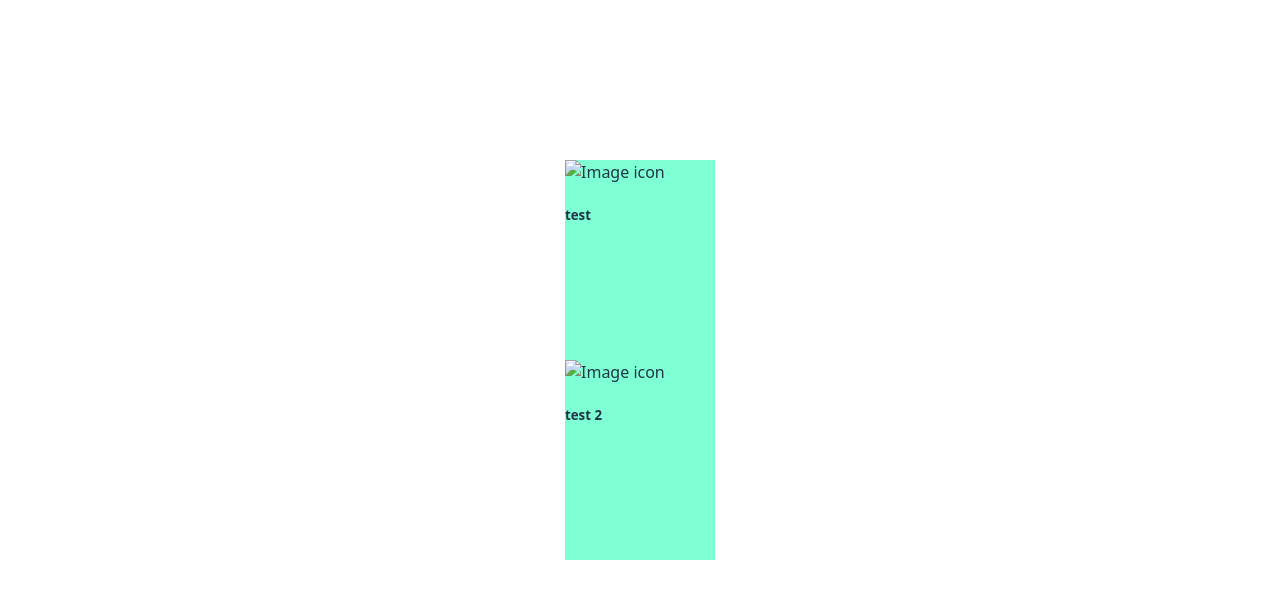
Repository: DaneJuswa/LearningReact
Page: / (app in reactProject/)
The author's editor kept a copy of each file at every save. The page is drawn from the files as they stood at one save, then again after the next save.
The browser window is 1280 px wide. The pictures show the whole page.
The project was rebuilt for these pictures with package versions that can differ from the ones it lists, and the page was loaded fresh each time. Also part of the build but not shown: reactProject/vite.config.js.

Above is the page before, as saved 2025-09-11 22:22:47.

### reactProject/src/main.jsx
import { StrictMode } from 'react'
import { createRoot } from 'react-dom/client'
import Cards from './Cards.jsx'
import './index.css'


createRoot(document.getElementById('root')).render(
  <StrictMode>
    <Cards name="test"/>
    <Cards name="test 2"/>
  </StrictMode>,
)

### reactProject/src/Cards.jsx

import './App.css'

function Cards(props){
    return(
        <div className="card-container">
            <img src="" alt="Image icon" />
            <h5>{props.name}</h5>
        </div>
    );
}

export default Cards;

### reactProject/src/App.css
body{
  display: flex;
   flex-direction: column;
  justify-content: center;
  align-items: center;
}
.card-container{
  width: 150px;
  height: 200px;
  background-color: aquamarine;
}

Loaded but not shown: reactProject/index.html (common file); reactProject/src/index.css (common file)

After the next save:
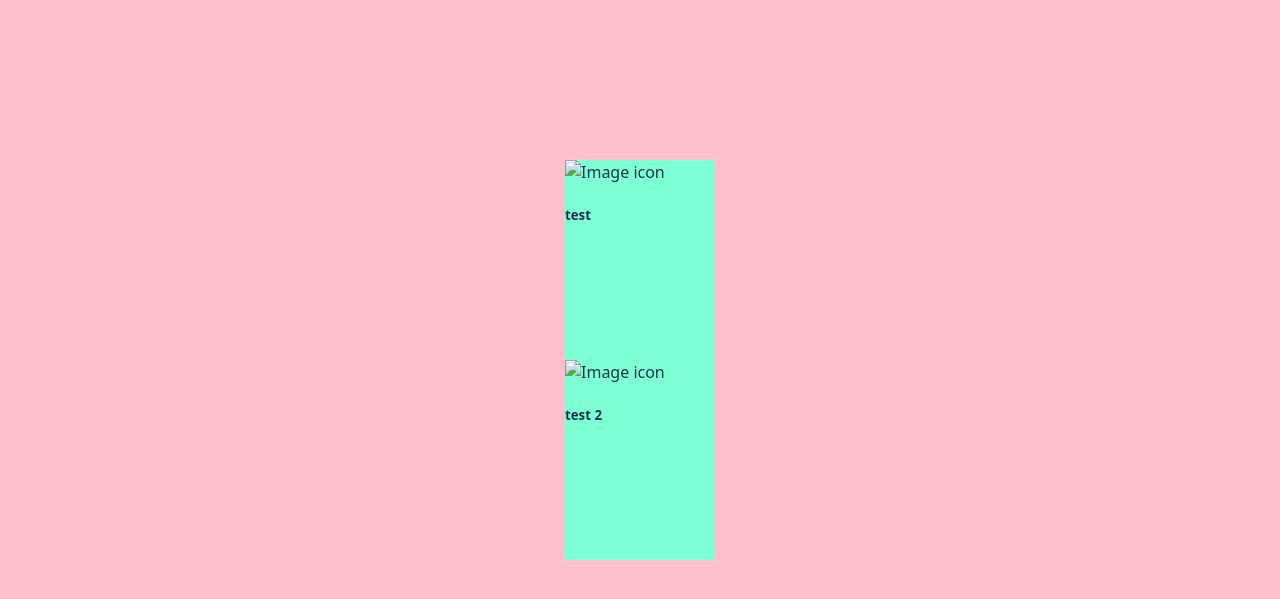
Saved 6 s later.
--- a/reactProject/src/App.css
+++ b/reactProject/src/App.css
@@ -3,6 +3,7 @@ body{
    flex-direction: column;
   justify-content: center;
   align-items: center;
+  background-color: pink;
 }
 .card-container{
   width: 150px;
